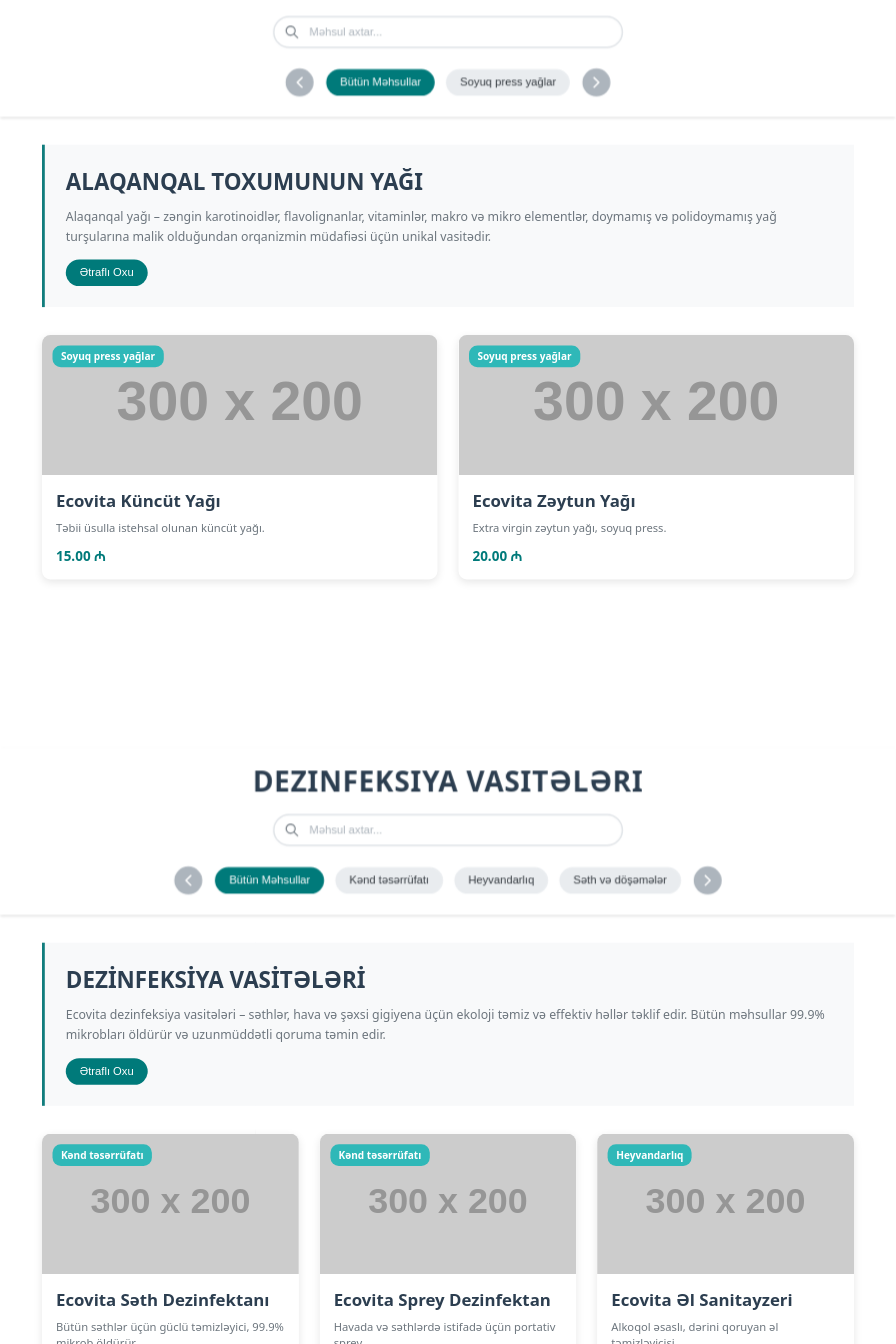
Repository: ferhadsultan98/ecovita
Page: /
The author's editor kept a copy of each file at every save. The page is drawn from the files as they stood at one save, then again after a run of saves.
The browser window is 1280 px wide. The pictures show the part of the page from y = 1784 to 3704 px (the page is 4753 px tall), at 70% of full size.
The project was rebuilt for these pictures with package versions that can differ from the ones it lists, and the page was loaded fresh each time. Also part of the build but not shown: vite.config.js.

Above is the page before, as saved 2025-05-06 14:34:28.

After the next 3 saves:
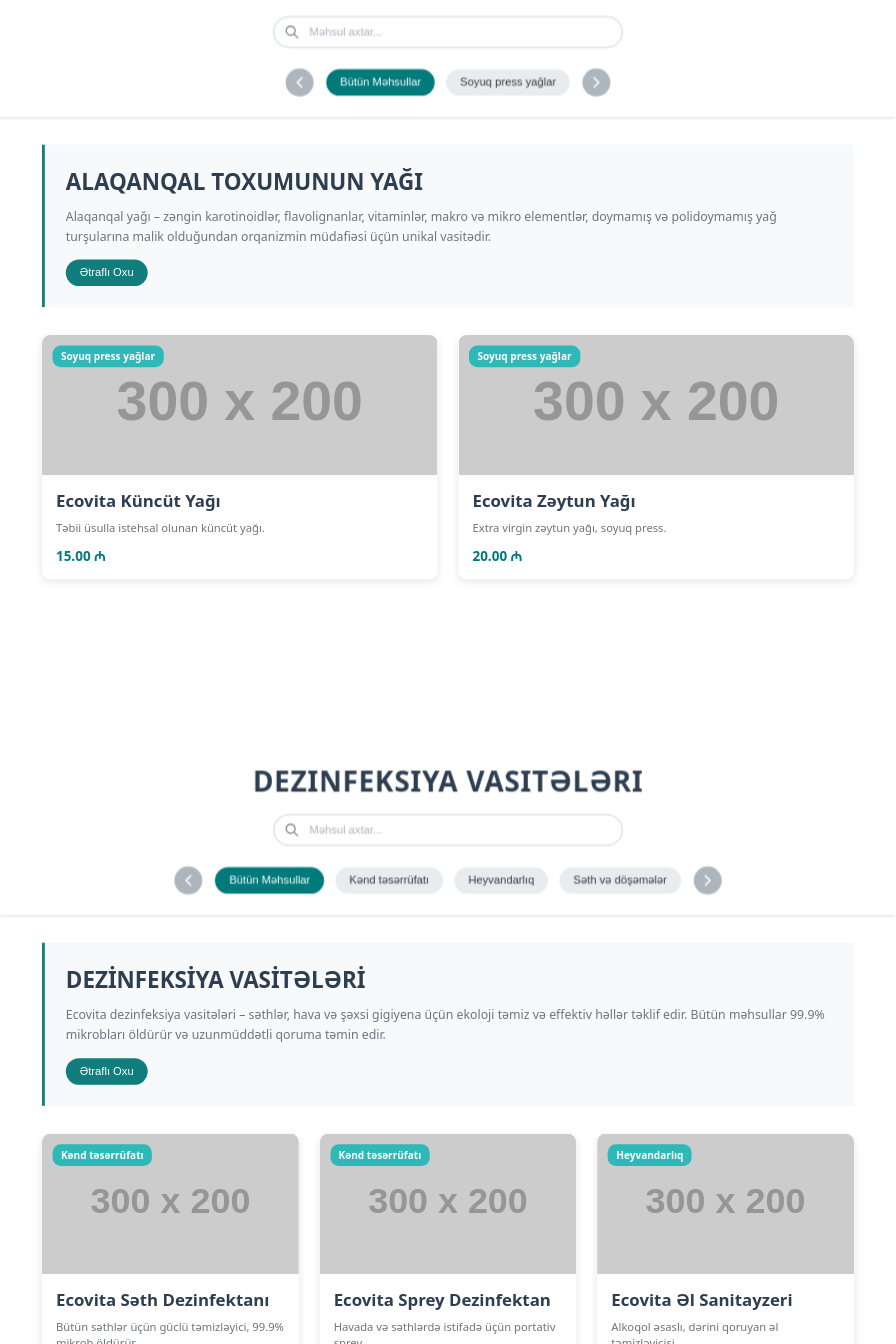
The 3 saves are shown as one change because they came seconds apart.
The last was saved 13 s later.
--- a/src/Pages/MenuSection/MenuSection.scss
+++ b/src/Pages/MenuSection/MenuSection.scss
@@ -221,7 +221,7 @@
         }
 
         .read-more-button {
-          background: #007a7a;
+          background: #117d7d;
           color: white;
           border: none;
           border-radius: 25px;
@@ -231,7 +231,7 @@
           transition: all 0.3s ease;
 
           &:hover {
-            background: #218838;
+            background: #0c4e4e;
           }
         }
       }
